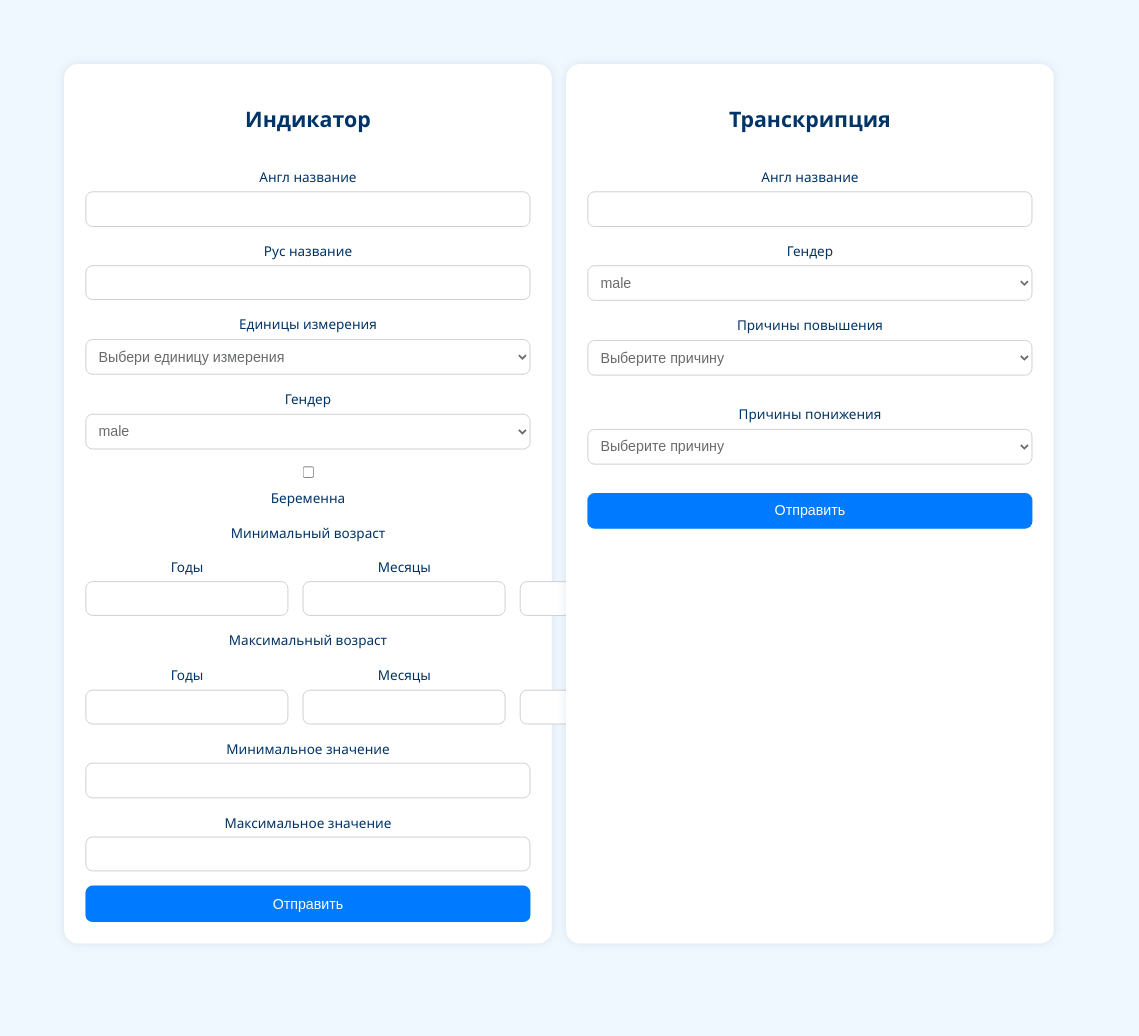
Repository: GGlebux/Transay
Page: / (app in frontend/)
These files come from the project's save history. The page is drawn as it stood at one moment and after the next save; the edit follows.
The browser window is 1280 px wide. The pictures show the whole page, at 89% of full size.
The project was rebuilt for these pictures with package versions that can differ from the ones it lists, and the page was loaded fresh each time. Also part of the build but not shown: frontend/vite.config.ts.

Above is the page before, as saved 2025-08-04 16:44:28.

After the next save:
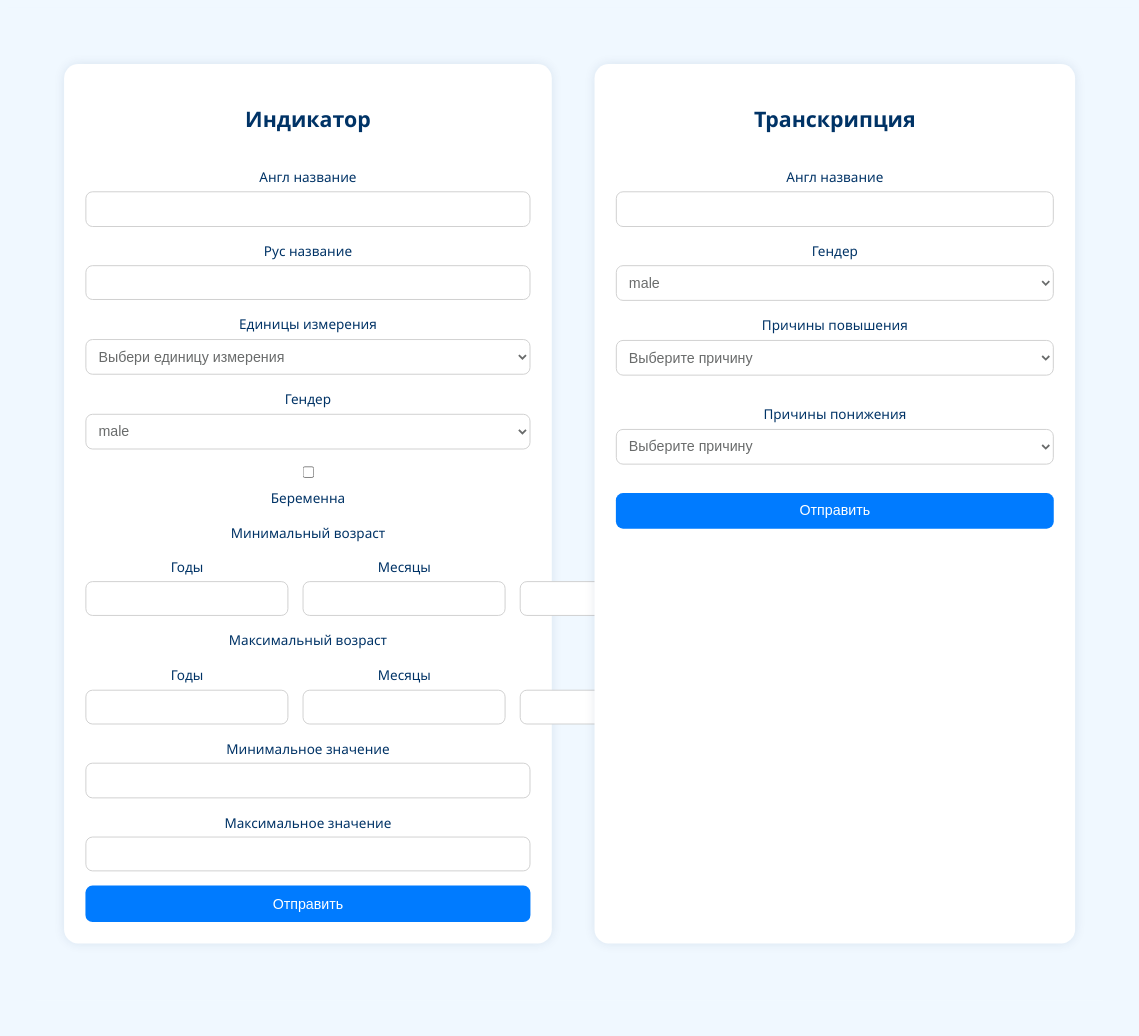
Saved 6 s later.
--- a/frontend/src/styles/forms.css
+++ b/frontend/src/styles/forms.css
@@ -18,7 +18,7 @@
 
 .container {
   display: flex;
-  gap: 1rem;
+  gap: 3rem;
   padding: 2rem;
   background-color: #f0f8ff;
   color: #003366;

After the save that followed:
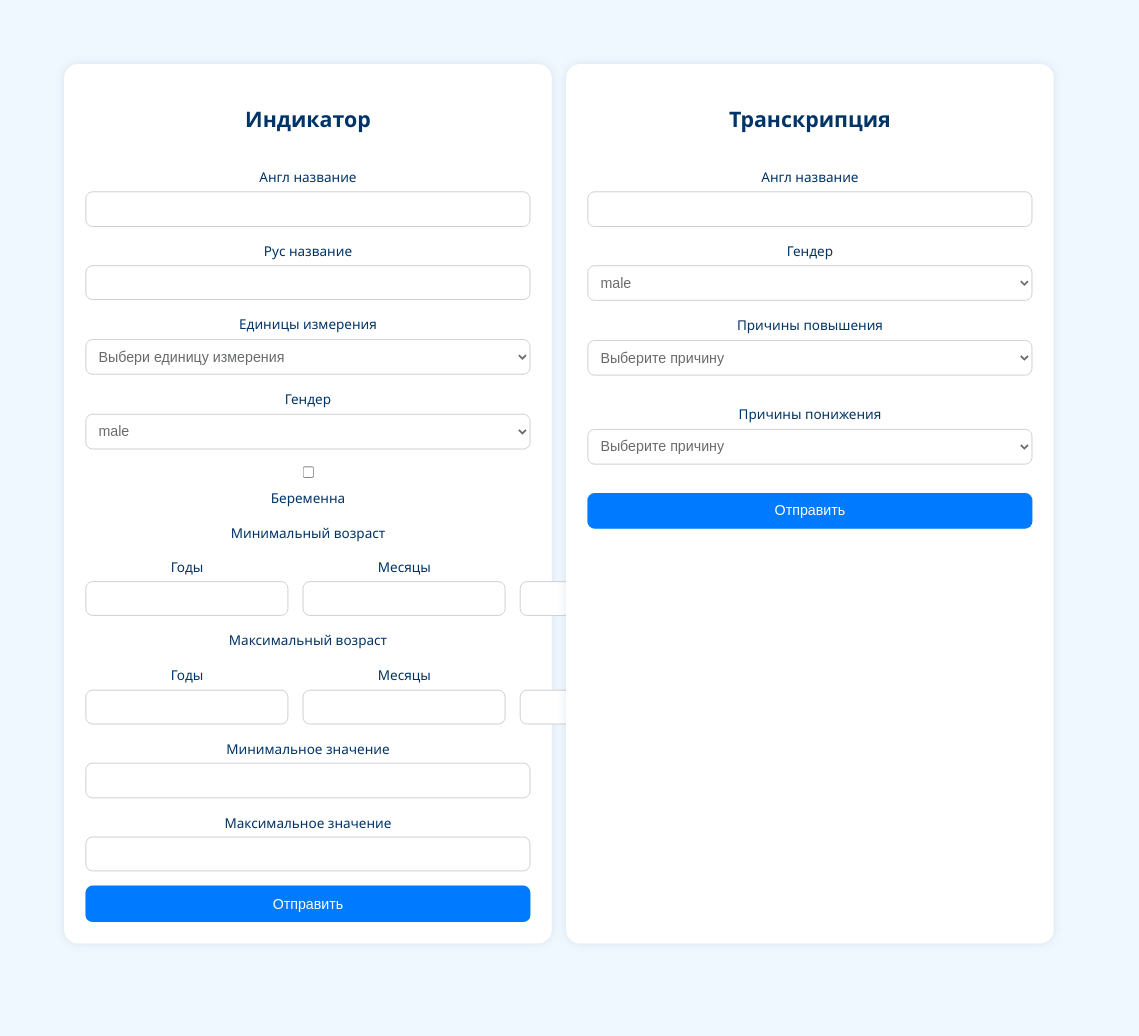
Saved 16 s later.
--- a/frontend/src/styles/forms.css
+++ b/frontend/src/styles/forms.css
@@ -18,7 +18,7 @@
 
 .container {
   display: flex;
-  gap: 3rem;
+  gap: 1rem;
   padding: 2rem;
   background-color: #f0f8ff;
   color: #003366;
